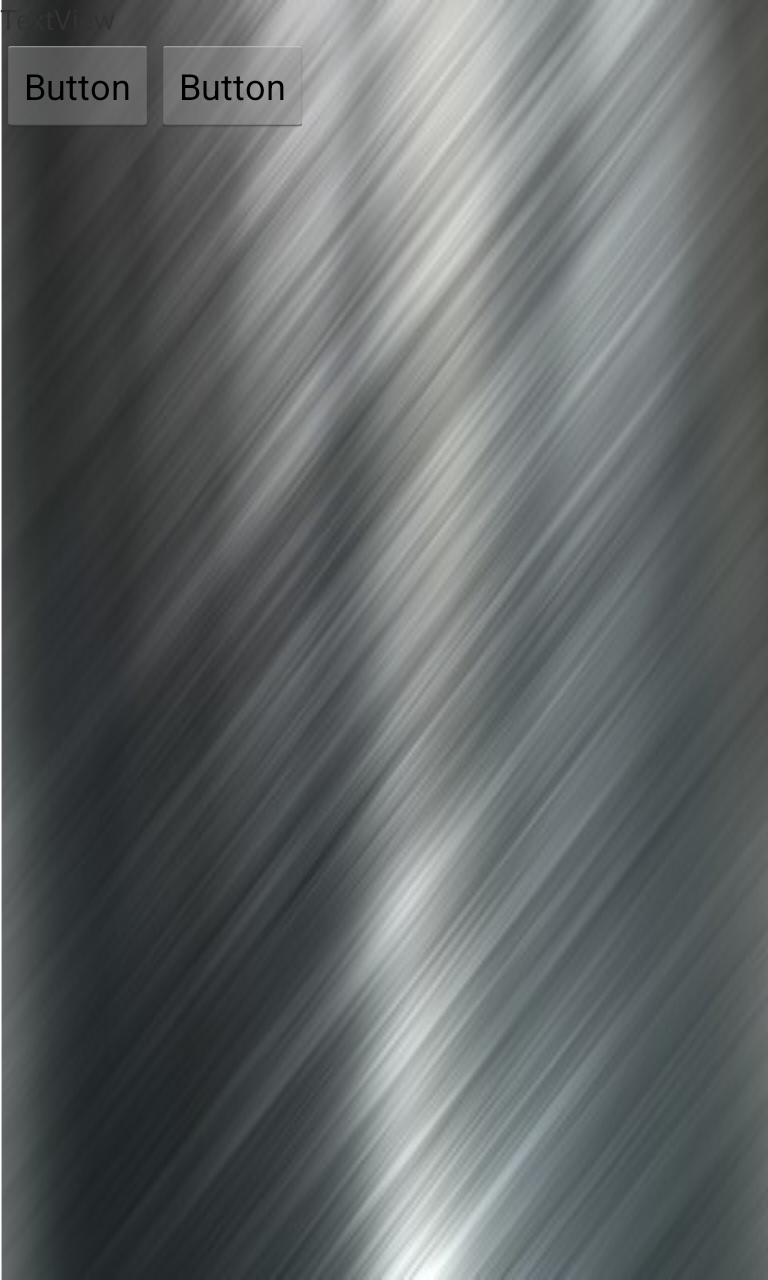
Repository: KrzysztofWolinski/WiesFight_Project
Layout: WiesFight/res/layout/dialog_exit.xml
An editor plug-in stored every save of this project. The layout is shown before and after the next save, followed by the edit.
It is drawn on a 768 x 1280 px phone screen (xhdpi) without system bars, with theme AppTheme; the app's code is not run.

Above is the layout before, as saved 2014-11-09 20:48:02.

After the next save:
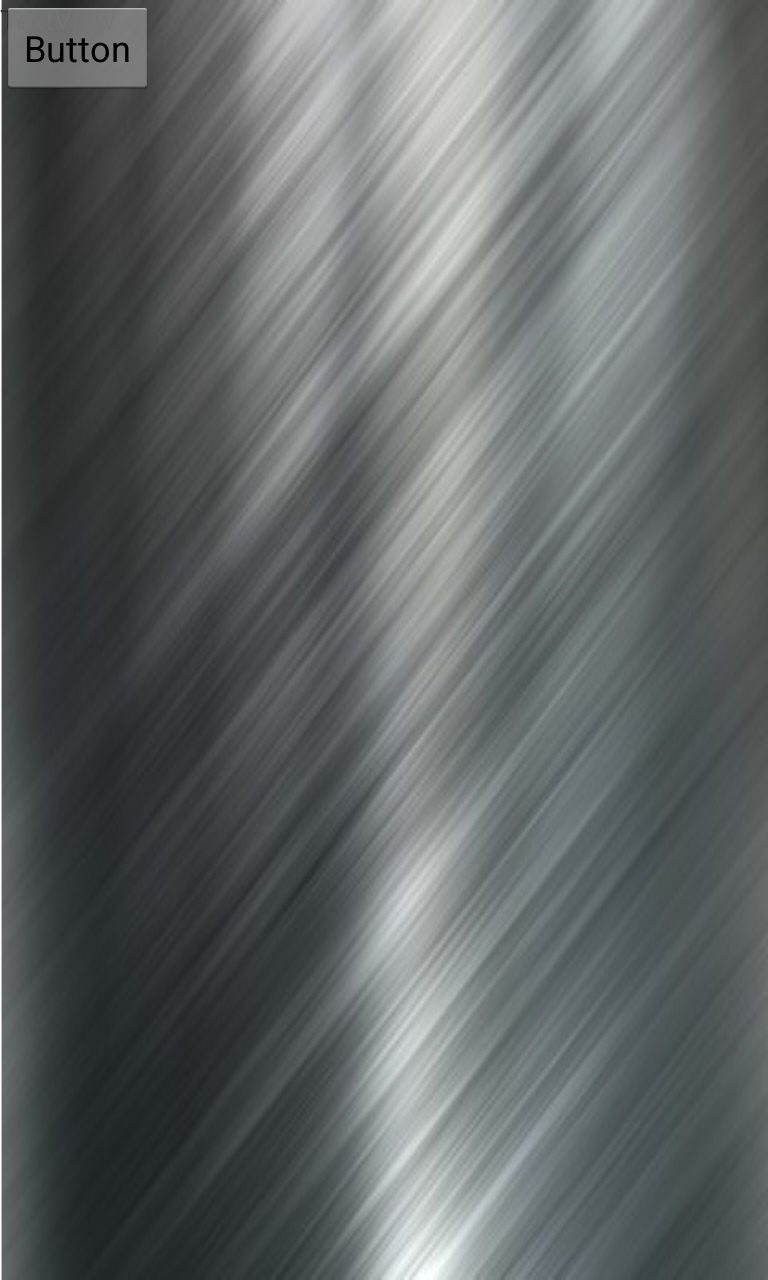
Saved 14 min 38 s later.
--- a/WiesFight/res/layout/dialog_exit.xml
+++ b/WiesFight/res/layout/dialog_exit.xml
@@ -1,5 +1,5 @@
 <?xml version="1.0" encoding="utf-8"?>
-<LinearLayout xmlns:android="http://schemas.android.com/apk/res/android"
+<RelativeLayout xmlns:android="http://schemas.android.com/apk/res/android"
     android:layout_width="wrap_content"
     android:layout_height="wrap_content"
     android:orientation="vertical"
@@ -11,9 +11,6 @@
         android:layout_height="wrap_content"
         android:text="TextView" />
 
-    <LinearLayout
-        android:layout_width="match_parent"
-        android:layout_height="wrap_content" >
 
         <Button
             android:id="@+id/button1"
@@ -27,6 +24,4 @@
             android:layout_height="wrap_content"
             android:text="Button" />
 
-    </LinearLayout>
-
-</LinearLayout>
+</RelativeLayout>
